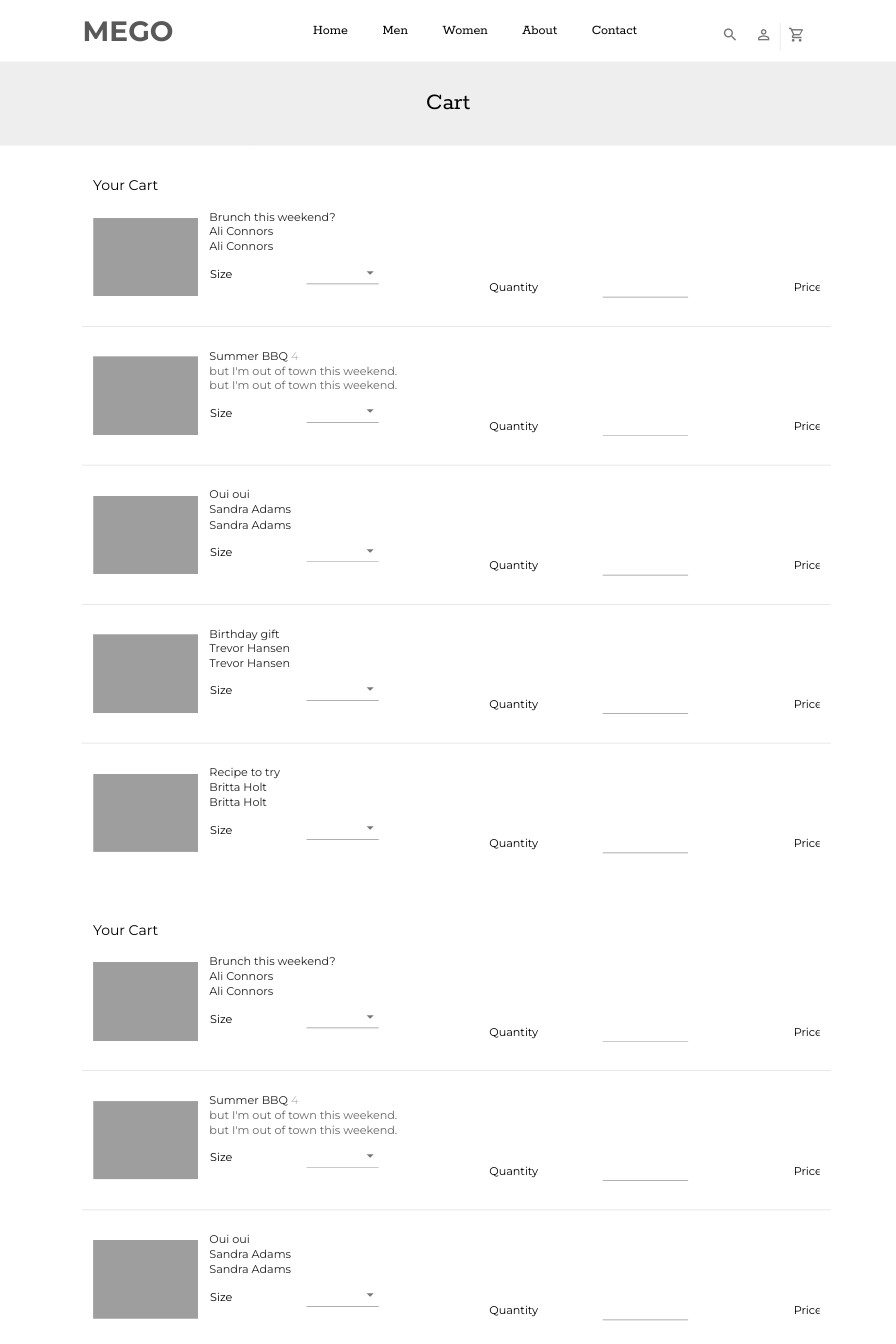
Repository: nguyenphuong152/mego-frontend
Page: /cart (app in frontend/)
These files come from the project's save history. The page is drawn as it stood at one moment and after the next save; the edit follows.
The browser window is 1280 px wide. The pictures show the part of the page from y = 0 to 1920 px (the page is 2444 px tall before and 3044 px after), at 70% of full size.
Pictures or frames that could not be fetched are drawn as grey boxes. The project was rebuilt for these pictures with package versions that can differ from the ones it lists, and the page was loaded fresh each time. Also part of the build but not shown: frontend/vue.config.js, frontend/src/components/Customer/Collection.vue, frontend/src/components/Customer/Banner.vue, frontend/src/components/Customer/BestSeller.vue, frontend/src/components/Customer/Partner.vue, frontend/src/views/Customer/Home.vue, frontend/src/components/Customer/ProductCategory.vue, frontend/src/components/Customer/ProductView.vue and 10 more. Imported but missing from the stored project, and not drawn on this page: frontend/src/views/Admin/Category.vue, frontend/src/views/Admin/ManageProduct.vue, frontend/src/views/Admin/ManageUser.vue, frontend/src/views/Admin/OrderList.vue.

Above is the page before, as saved 2020-11-26 16:35:13.

### frontend/public/index.html
<!DOCTYPE html>
<html lang="en">
  <head>
    <meta charset="utf-8">
    <head>
      <title>MEGO</title>
    </head>
    <meta http-equiv="X-UA-Compatible" content="IE=edge">
    <meta name="viewport" content="width=device-width,initial-scale=1.0">
    <link rel="icon" href="<%= BASE_URL %>favicon.ico">
    <title><%= htmlWebpackPlugin.options.title %></title>
    <link href="https://fonts.googleapis.com/css?family=Montserrat:300,400,500,600,700" rel="stylesheet">
    <link href="https://fonts.googleapis.com/css?family=Rokkitt:100,300,400,700" rel="stylesheet">
    <link rel="stylesheet" href="https://fonts.googleapis.com/css?family=Roboto:100,300,400,500,700,900">
    <link rel="stylesheet" href="https://cdn.jsdelivr.net/npm/@mdi/font@latest/css/materialdesignicons.min.css">
  </head>
  <body>
    <noscript>
      <strong>We're sorry but <%= htmlWebpackPlugin.options.title %> doesn't work properly without JavaScript enabled. Please enable it to continue.</strong>
    </noscript>
    <div id="app"></div>
    <!-- built files will be auto injected -->
  </body>
</html>

### frontend/src/main.js
import Vue from 'vue'
import App from './App.vue'
import vuetify from './plugins/vuetify';
import router from './router'
import '../sass/style.scss'
import 'bootstrap/dist/css/bootstrap.css'
import 'bootstrap-vue/dist/bootstrap-vue.css'
import { BootstrapVue, IconsPlugin } from 'bootstrap-vue'

Vue.use(BootstrapVue)
// Optionally install the BootstrapVue icon components plugin
Vue.use(IconsPlugin)
Vue.config.productionTip = false

new Vue({
  vuetify,
  router,
  render: h => h(App)
}).$mount('#app')

### frontend/src/App.vue
<template>
  <v-app app>
    <v-container v-if="!['Admin', 'Banner', 'Category','Product','ManageUser','OrderList','Dashboard'].includes($route.name)">
      <Toolbar />
    </v-container>
    <v-main>
      <router-view></router-view>
    </v-main>
      <Footer v-if="!['Admin', 'Banner', 'Category','Product','ManageUser','OrderList','Dashboard'].includes($route.name)"/>
  </v-app>

</template>

<script>

import Footer from "./components/Customer/Footer";
import Toolbar from "./components/Customer/Toolbar";

export default {
  name: "App",

  components: {
    Toolbar,
    Footer
  },

  data: () => ({
    //
  }),
};
</script>

### frontend/src/plugins/vuetify.js
import Vue from 'vue';
import Vuetify from 'vuetify/lib';


Vue.use(Vuetify);

const vuetify = new Vuetify({
    theme: {
      themes: {
        light: {
          primary: '#000',
          secondary: '#b0bec5',
          accent: '#8c9eff',
          error: '#b71c1c',
        },
      },
    },
  })

export default new Vuetify({
    vuetify,
});

### frontend/src/router/index.js
import Vue from "vue";
import VueRouter from "vue-router";
import Home from "../views/Customer/Home.vue";
import Men from "../views/Customer/Men.vue";
import Women from "../views/Customer/Women.vue";
import Admin from "../views/Admin/Admin.vue";
import Product from "../views/Admin/ManageProduct.vue";
import Banner from "../views/Admin/Banner.vue";
import Category from "../views/Admin/Category.vue";
import ManageUser from "../views/Admin/ManageUser.vue";
import OrderList from "../views/Admin/OrderList.vue";
import Dashboard from "../views/Admin/Dashboard.vue"
//import ProductDetail from "../views/ProductDetail.vue"

Vue.use(VueRouter);

const routes = [
  {
    path: "/",
    name: "Home",
    component: Home,
  },
  {
    path: "/men",
    name: "Men",
    component: Men,
  },
  {
    path: "/women",
    name: "Women",
    component: Women,
  },
  {
    path: "/about",
    name: "About",
    // route level code-splitting
    // this generates a separate chunk (about.[hash].js) for this route
    // which is lazy-loaded when the route is visited.
    component: () =>
      import(/* webpackChunkName: "about" */ "../views/Customer/About.vue"),
  },
  {
    path: "/contact",
    name: "Contact",
    component: () =>
      import(/* webpackChunkName: "about" */ "../views/Customer/Contact.vue"),
  },
  {
    path: "/cart",
    name: "Cart",
    component: () =>
      import(/* webpackChunkName: "about" */ "../views/Customer/Cart.vue"),
  },
  {
    path: "/account",
    name: "Account",
    component: () =>
      import(/* webpackChunkName: "about" */ "../views/Customer/Account.vue"),
  },
  {
    path: "/userlogin",
    name: "UserLogin",
    component: () =>
      import(/* webpackChunkName: "about" */ "../views/Customer/UserLogin.vue"),
  },
  {
    path: "/checkout",
    name: "Checkout",
    component: () =>
      import(/* webpackChunkName: "about" */ "../views/Customer/Checkout.vue"),
  },
  {
    path: "/product/:id",
    name: "ProductDetail",
    component: () =>
      import(/* webpackChunkName: "about" */ "../views/Customer/ProductDetail.vue"),
  },
  {
    path: "/admin",
    name: "Admin",
    component: Admin,
    children: [
      {
        path: "/banner",
        name: "Banner",
        component: Banner,
      },
      {
        path: "/category",
        name: "Category",
        component: Category,
      },
      {
        path: "/product",
        name: "Product",
        component: Product,
      },
      {
        path: "/manageuser",
        name: "ManageUser",
        component: ManageUser,
      },
      {
        path: "/orderlist",
        name: "OrderList",
        component: OrderList,
      },
      {
        path: "/dashboard",
        name: "Dashboard",
        component: Dashboard,
      },
    ],
  },
];

const router = new VueRouter({
  mode: "history",
  base: process.env.BASE_URL,
  routes,
});

export default router;

### frontend/sass/style.scss

$font-primary: 'Montserrat',
Arial,
sans-serif;
$font-secondary: 'Rokkitt',
Georgia,
serif;


@import '~vuetify/src/styles/styles.sass';

// Overrides
$grid-gutter-width: 20px !default;
$border-radius-base: 4px !default;
$padding-base-vertical: 14px !default;

$brand-primary: #616161 !default;
$brand-secondary: #88c8bc !default;
$brand-yellow: #FFDD00 !default;
$brand-footer-color: #2C2E3E;

$brand-white: #fff;
$brand-black: #000;
$brand-darker: #444;
$brand-gray: #ccc;
$brand-lighter: #e9e9e9;
$brand-body-color: #e8e8e8;
$brand-selection-color: #f9f6f0;
$brand-overlay-color: #4c4a8a;
$brand-bg-color: $brand-white;

.v-btn {
  text-transform:none !important;
}
// .v-text-field{
//   width: 50px;
//   height: 10px;
// }

#app {
  -webkit-font-smoothing: antialiased;
  -moz-osx-font-smoothing: grayscale;

  text-align: center;
  .container {
    max-width: 1100px;
  }
  font: 300
}

.nav {
  padding-left: 0px;
  a {
    font-size: 20px;
    color: lighten($brand-black,35%);
    font-family: $font-secondary;
    text-decoration: none;
    font-weight: 500;
    &.router-link-exact-active {
      color: #42b983;
    }

  }
}

#logo {
  font-size: 40px;
  font-weight: 700;
  font-family: $font-primary;
  color: lighten($brand-black, 35%);
}


.slogan {
  font-size: 50px;
  color: #2c3e50;
  font-family: $font-secondary;
  text-decoration: none;
}

.title-collection{
  @extend .slogan;
  font-size: 25px;
}


.slogan-3 {
  @extend .slogan;
  font-size: 35px;
}

.title-shoes {
  @extend .slogan;
  font-size: 20px;
}


.footer-text {
  font-family:$font-primary;
  font-size: 16px;
}

.admin {
  font-family: $font-primary;
  font-size:16px;
}

.admin-nav {
  font-family: $font-primary !important;
  font-size: 20px !important;
  color: white !important;
}

### frontend/src/components/Customer/Footer.vue
<template>
  <v-footer class="white" padless>
    <v-row justify="center" no-gutters>
      <v-btn
        v-for="link in links"
        :key="link"
        color="black"
        text
        rounded
        class="my-2 footer-text"
      >
        {{ link }}
      </v-btn>
      <v-col class="white py-4 text-center fluid footer-text" cols="12">
        {{ new Date().getFullYear() }} — <strong>Made with love</strong>
      </v-col>
    </v-row>
  </v-footer>
</template>

<script>
export default {
  data: () => ({
    links: ["Home", "About Us", "Team", "Services", "Blog", "Contact Us"],
  }),
};
</script>

<style></style>

### frontend/src/components/Customer/Toolbar.vue
<template>
  <v-toolbar flat>
    <v-row class="d-flex align-baseline">
      <v-col cols="3" class="d-flex justify-lg-start">
        <v-toolbar-title id="logo">MEGO</v-toolbar-title>
      </v-col>
      <v-col class="d-flex justify-space-around text-start nav">
        <router-link to="/">Home</router-link>
        <router-link to="/men">Men</router-link>
        <router-link to="/women">Women</router-link>
        <router-link to="/about">About</router-link>
        <router-link to="/contact">Contact</router-link>
      </v-col>
      <v-col cols="2" class="d-flex justify-end">
        <v-btn icon>
          <v-icon>mdi-magnify</v-icon>
        </v-btn>
        <v-menu
          open-on-hover
          top
          offset-y
          :position-x="960"
          :position-y="230"
          absolute
        >
          <template v-slot:activator="{ on, attrs }">
            <v-btn icon v-bind="attrs" v-on="on">
              <v-icon>mdi-account-outline</v-icon>
            </v-btn>
          </template>

          <v-list class="text-start nav">
            <v-list-item v-for="(item, index) in routes" :key="index" :to="item.path">
              <v-list-item-title>{{ item.name }}</v-list-item-title>
            </v-list-item>
          </v-list>
        </v-menu>
        <v-divider vertical inset></v-divider>
        <v-btn icon @click="goToCart">
          <v-icon>mdi-cart-outline</v-icon>
        </v-btn>
      </v-col>
    </v-row>
  </v-toolbar>
</template>

<script>
export default {
  data: () => ({
    routes: [
      {
        path:"/checkout",
        name:"Check Out"
       },
       {
        path:"/account",
        name:"My Account"
       },
       {
        path:"/userlogin",
        name:"User Login"
       },

    ],
  }),
  methods: {
     goToCart: function() {
     this.$router.push({name: 'Cart'})
     }
  }
};
</script>

<style></style>

### frontend/src/views/Customer/Cart.vue
<template>
  <div class="cart app">
   <v-sheet color="grey lighten-3" height="120">
      <v-container py-8>
        <a class="slogan-3">Cart</a>
      </v-container>
    </v-sheet>
     <div>
       <v-container>
 <v-row>
         <v-col>
<totalProducts/>
         </v-col>
   <v-col>
<totalProducts/>
         </v-col>
       </v-row>
       </v-container>

  </div>
  </div>
</template>

<script>

import totalProducts from '../../components/Customer/TotalProducts'


export default {
  components: {totalProducts},
   data () {

   }
}
</script>

### frontend/src/components/Customer/TotalProducts.vue
<template>
  <v-container>
    <v-list three-line>
      <template v-for="(item, index) in items">
        <v-subheader
          class="admin-nav black--text"
          v-if="item.header"
          :key="item.header"
          v-text="item.header"
        ></v-subheader>

        <v-divider v-else-if="item.divider" :key="index"></v-divider>

        <v-list-item v-else :key="item.title">
          <v-img :src="item.avatar" max-height="150" max-width="150"></v-img>
          <v-list-item-content class="text-start ml-4">
            <v-list-item-title
              v-html="item.title"
              class="admin"
            ></v-list-item-title>
            <v-list-item-subtitle
              class="admin"
              v-html="item.subtitle"
            ></v-list-item-subtitle>
            <v-list-item-subtitle
              class="admin"
              v-html="item.subtitle"
            ></v-list-item-subtitle>
            <v-row class="pl-4 d-flex align-center">
              <v-col class="pa-0 admin" cols="4">
                <a>Size</a>
              </v-col>
              <v-col class="pa-0 admin text-start " cols="3">
                <v-select :items="size"></v-select>
              </v-col>
            </v-row>
            <v-row class="pl-4 d-flex align-center">
              <v-col class="pa-0 admin " cols="4">
                <a>Quantity</a>
              </v-col>
              <v-col class="pa-0 admin" cols ="3">
                <v-text-field single-line></v-text-field>
              </v-col>
              <v-col class="text-end admin">
                <a> Price</a>
              </v-col>
            </v-row>
          </v-list-item-content>
        </v-list-item>
      </template>
    </v-list>
  </v-container>
</template>

<script>
export default {
  data: () => ({
    items: [
      { header: "Your Cart" },
      {
        avatar: "https://cdn.vuetifyjs.com/images/lists/1.jpg",
        title: "Brunch this weekend?",
        subtitle: `<span class="text--primary">Ali Connors</span>`,
      },
      { divider: true, inset: true },
      {
        avatar: "https://cdn.vuetifyjs.com/images/lists/2.jpg",
        title: 'Summer BBQ <span class="grey--text text--lighten-1">4</span>',
        subtitle: `but I'm out of town this weekend.`,
      },
      { divider: true, inset: true },
      {
        avatar: "https://cdn.vuetifyjs.com/images/lists/3.jpg",
        title: "Oui oui",
        subtitle: '<span class="text--primary">Sandra Adams</span> ',
      },
      { divider: true, inset: true },
      {
        avatar: "https://cdn.vuetifyjs.com/images/lists/4.jpg",
        title: "Birthday gift",
        subtitle: '<span class="text--primary">Trevor Hansen</span> ',
      },
      { divider: true, inset: true },
      {
        avatar: "https://cdn.vuetifyjs.com/images/lists/5.jpg",
        title: "Recipe to try",
        subtitle: '<span class="text--primary">Britta Holt</span>',
      },
    ],
    size: ["Foo", "Bar", "Fizz", "Buzz"],
  }),
};
</script>

<style></style>

After the next save:
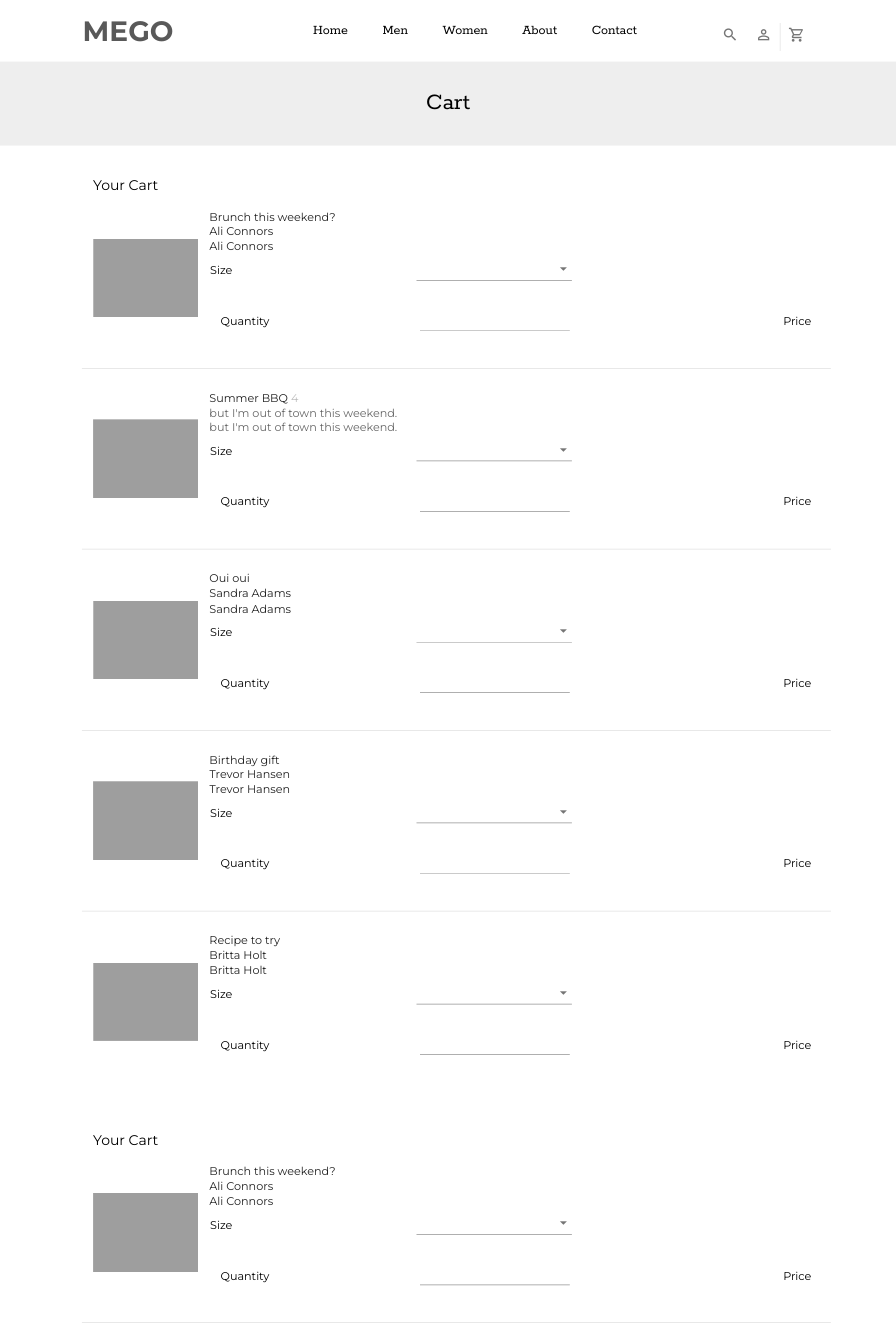
Saved 2 min 55 s later.
--- a/frontend/src/components/Customer/TotalProducts.vue
+++ b/frontend/src/components/Customer/TotalProducts.vue
@@ -34,7 +34,8 @@
                 <v-select :items="size"></v-select>
               </v-col>
             </v-row>
-            <v-row class="pl-4 d-flex align-center">
+            <v-container height="40">
+  <v-row class="pl-4 d-flex align-center">
               <v-col class="pa-0 admin " cols="4">
                 <a>Quantity</a>
               </v-col>
@@ -45,6 +46,8 @@
                 <a> Price</a>
               </v-col>
             </v-row>
+            </v-container>
+
           </v-list-item-content>
         </v-list-item>
       </template>
